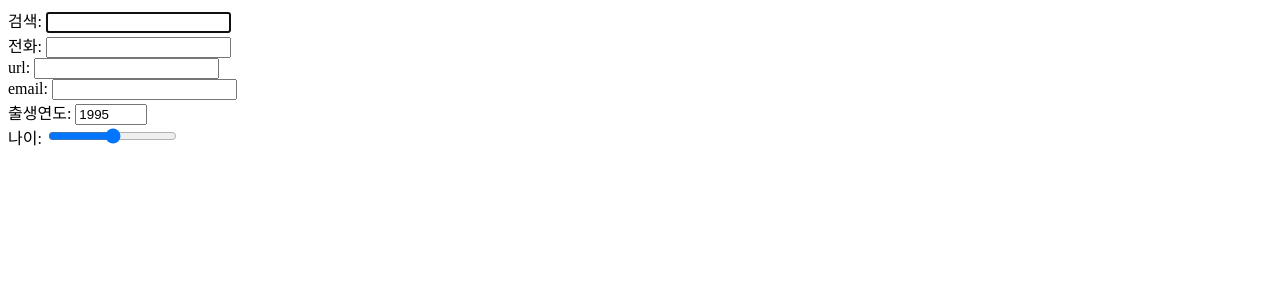
Repository: Jin0207/html_css
Page: day1130/src/main/webapp/enhancedTag.html
These files come from the project's save history. The page is drawn as it stood at one moment and after the next save; the edit follows.
The browser window is 1280 px wide. The pictures show the whole page.

Above is the page before, as saved 2021-11-30 06:33:51.

### day1130/src/main/webapp/enhancedTag.html
<!DOCTYPE html>
<html>
<head>
<meta charset="EUC-KR">
<title>Insert title here</title>
</head>
<body>
	<form action="enhancedTag.jsp" method="post">
		검색: <input type="search" name="keyword" autofocus="autofocus"> <br>
		전화: <input type="tel" name="tel" required="required"> <br>
		url: <input type="url" name="url"> <br>
		email: <input type="email" name="email" required="required"> <br>
		출생연도: <input type="number" name="year" min="1900" max="2021" value="1995" required="required"> <br>
		나이: <input type="range" name="age" min="1900" max="2021" required="required"> <br>
	</form>
</body>
</html>

After the next save:
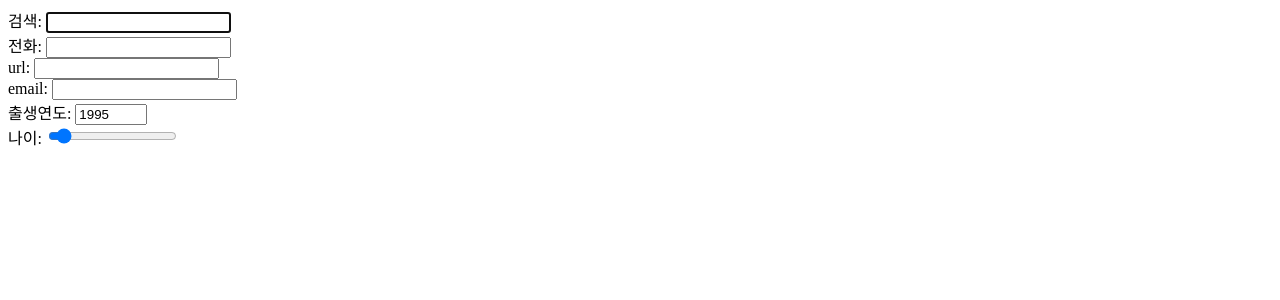
Saved 20 s later.
--- a/day1130/src/main/webapp/enhancedTag.html
+++ b/day1130/src/main/webapp/enhancedTag.html
@@ -11,7 +11,7 @@
 		url: <input type="url" name="url"> <br>
 		email: <input type="email" name="email" required="required"> <br>
 		출생연도: <input type="number" name="year" min="1900" max="2021" value="1995" required="required"> <br>
-		나이: <input type="range" name="age" min="1900" max="2021" required="required"> <br>
+		나이: <input type="range" name="age" min="20" max="100" value="26" required="required"> <br>
 	</form>
 </body>
 </html>
